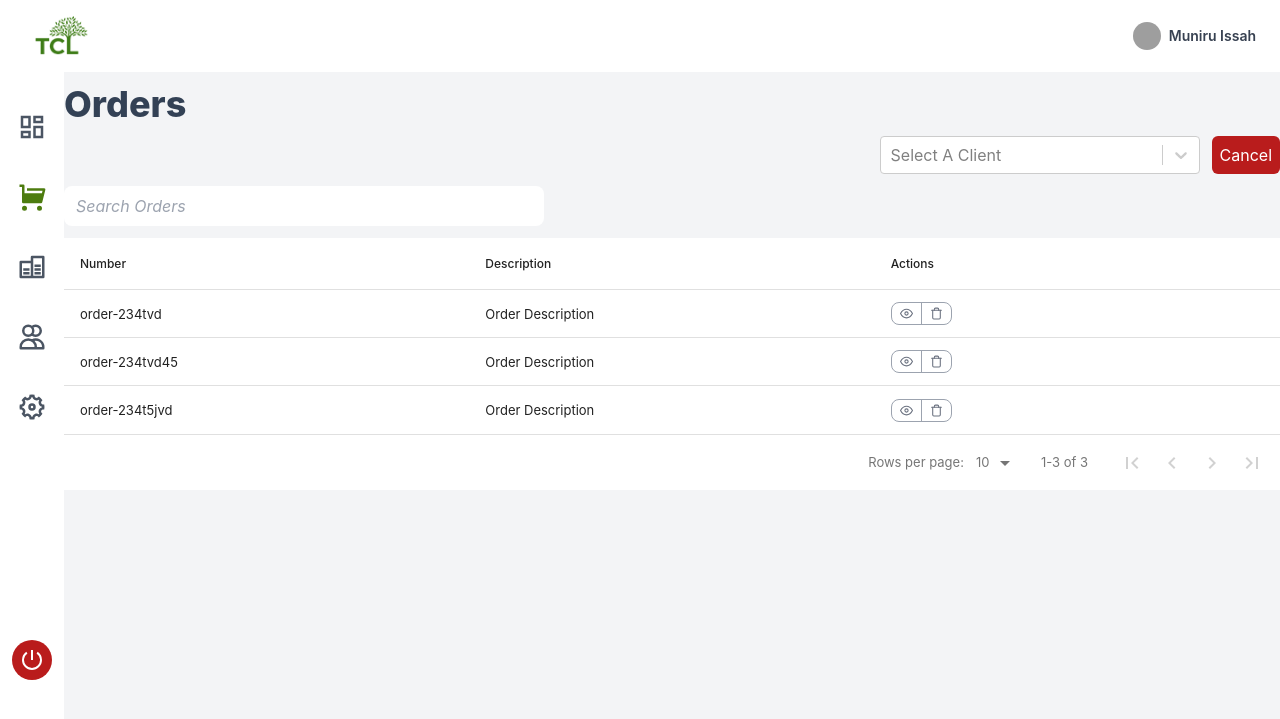
Repository: issah-gaisie/timber
Page: /dashboard/orders, after clicking the first element matching `button.rounded`
The author's editor kept a copy of each file at every save. The page is drawn from the files as they stood at one save, then again after the next save.
The browser window is 1280 px wide. The pictures show the whole page.
Pictures or frames that could not be fetched are drawn as grey boxes. The project was rebuilt for these pictures with package versions that can differ from the ones it lists, and the page was loaded fresh each time. Also part of the build but not shown: src/App.css, src/components/Input.js, src/components/Login.js, src/components/Auth.js, src/components/ResetPassword/PasswordReset.js, src/components/ResetPassword/PasswordResetSent.js, src/components/Dashboard/sub-components/ProfilePopup.js, src/components/PrivateRoute.js and 48 more.

Above is the page before, as saved 2022-04-02 13:14:01.

After the next save:
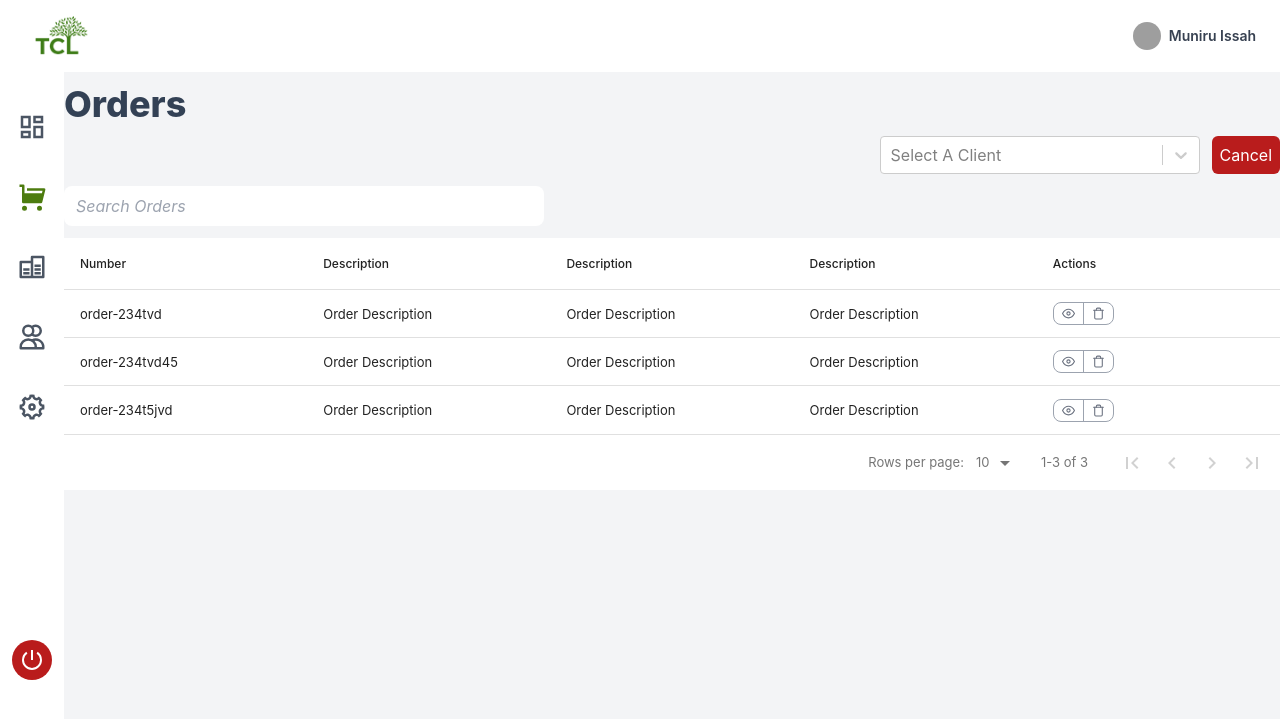
Saved 33 s later.
--- a/src/components/Dashboard/Orders/AllOrders.js
+++ b/src/components/Dashboard/Orders/AllOrders.js
@@ -25,6 +25,14 @@ const AllOrders = () => {
       name: "Description",
       selector: (row) => row.description,
     },
+    {
+        name: "Description",
+        selector: (row) => row.description,
+      },
+      {
+        name: "Description",
+        selector: (row) => row.description,
+      },
     // {
     //   name: "Active",
     //   selector: (row) =>
